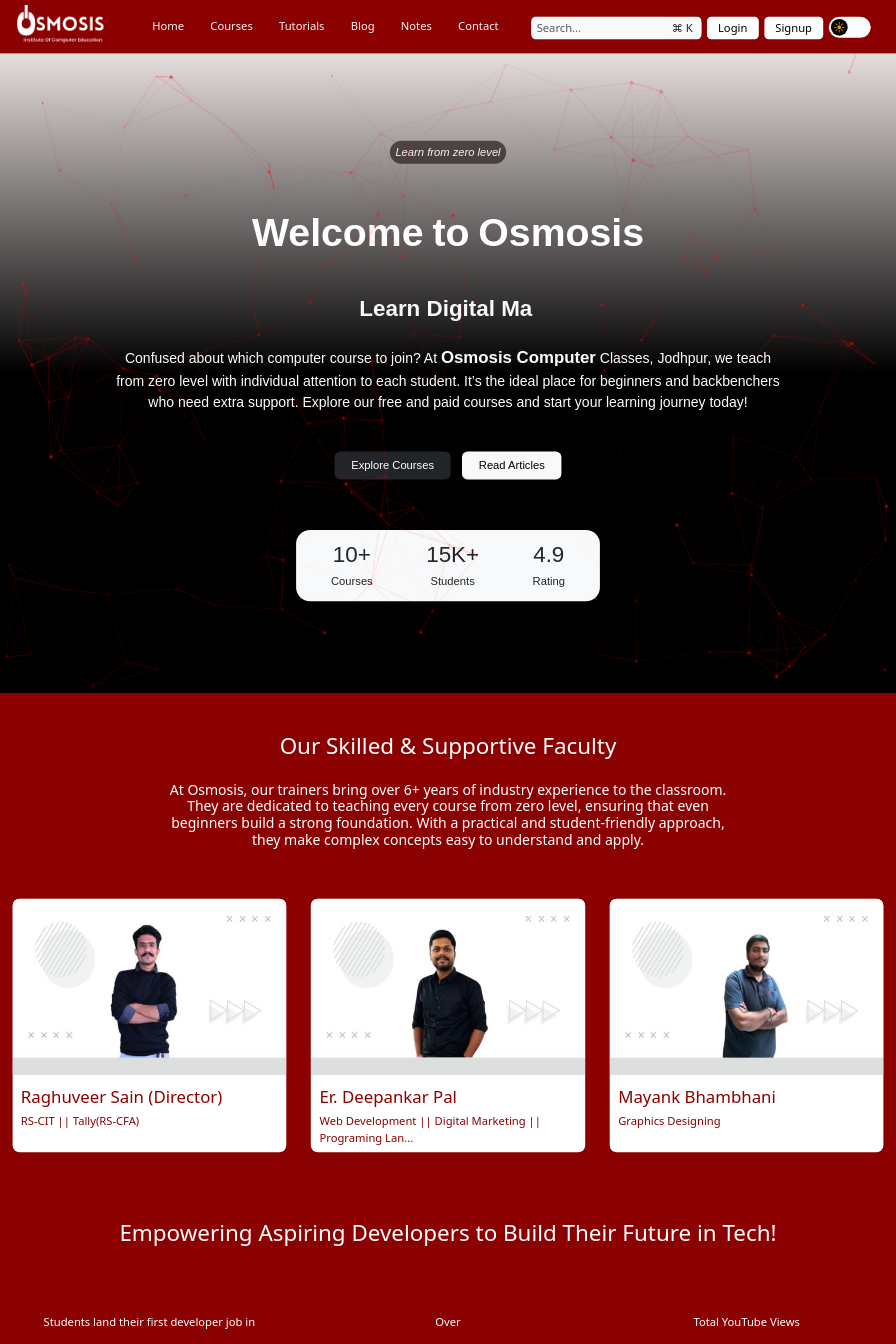
Repository: samriidhpandey/osmosis
Page: /
These files come from the project's save history. The page is drawn as it stood at one moment and after the next save; the edit follows.
The browser window is 1280 px wide. The pictures show the part of the page from y = 0 to 1920 px (the page is 4485 px tall before and 4483 px after), at 70% of full size.
The project was rebuilt for these pictures with package versions that can differ from the ones it lists, and the page was loaded fresh each time. Also part of the build but not shown: vite.config.js, src/Component2/Courses.jsx, src/component3/Tutorial.jsx, src/Component4/Contact.jsx, src/Component4/Login.jsx, src/Component4/Signup.jsx, src/Tutorial-html/Introduction/HTMLIntroduction.jsx, src/Tutorial-html/Homehtml.jsx and 96 more. Imported but missing from the stored project, and not drawn on this page: src/Images/final-app-on-mobile.mp4, src/Images/final-app-on-pc.mp4, src/Images/open-terminals.mp4, src/Images/python-location.mp4.

Above is the page before, as saved 2025-07-21 17:45:30.

### index.html
<!doctype html>
<html lang="en">
  <head>
    <meta charset="UTF-8" />
    <link rel="icon" type="image/png" href="./src/image/fe1.png" />
    <meta name="viewport" content="width=device-width, initial-scale=1.0" />
    <title>Osmosis Computer</title>
    <link href="https://cdn.jsdelivr.net/npm/bootstrap@5.0.2/dist/css/bootstrap.min.css" rel="stylesheet" integrity="sha384-EVSTQN3/azprG1Anm3QDgpJLIm9Nao0Yz1ztcQTwFspd3yD65VohhpuuCOmLASjC" crossorigin="anonymous">
    <link rel="stylesheet" href="https://cdnjs.cloudflare.com/ajax/libs/font-awesome/6.7.2/css/all.min.css" integrity="sha512-Evv84Mr4kqVGRNSgIGL/F/aIDqQb7xQ2vcrdIwxfjThSH8CSR7PBEakCr51Ck+w+/U6swU2Im1vVX0SVk9ABhg==" crossorigin="anonymous" referrerpolicy="no-referrer" />
    <link href="https://cdn.jsdelivr.net/npm/bootstrap@5.3.0/dist/css/bootstrap.min.css" rel="stylesheet" />
<link href="https://cdn.jsdelivr.net/npm/bootstrap-icons/font/bootstrap-icons.css" rel="stylesheet" />
<!-- <iframe src="https://my.spline.design/your-project-link" frameborder="0" width="100%" height="100%"></iframe> -->


  </head>
  <body>
    <div id="root"></div>
    <script type="module" src="/src/main.jsx"></script>
    <script src="https://cdn.jsdelivr.net/npm/bootstrap@5.0.2/dist/js/bootstrap.bundle.min.js" integrity="sha384-MrcW6ZMFYlzcLA8Nl+NtUVF0sA7MsXsP1UyJoMp4YLEuNSfAP+JcXn/tWtIaxVXM" crossorigin="anonymous"></script>
  </body>
</html>

### src/Hero.jsx
import React from 'react'
import Section2 from './Section2';
import Section3 from './Section3';
import Section4 from './Section4';
import Section5 from './Section5';

// import Hyperspeed from '../Reactbit/Hyperspeed'
import {  Link } from "react-router-dom"

// import Hyperspeed from '../Reactbit/Hyperspeed/Hyperspeed';

import RedHero from './RedHero';
// import SplineViewer from './SplineViewer';

function Hero({ isDark }) {

  return (
    <>
       <RedHero/>

      <div className="container-fluid">




        <Section2 isDark={isDark} />
        <Section3 isDark={isDark} />
        <Section4 isDark={isDark} />
        <Section5 isDark={isDark} />

      </div>
    </>
  )
}

export default Hero

### src/Section2.jsx
import React from 'react'
import { motion } from 'framer-motion'
import card1 from './image/sun2.jpg'
import card2 from './image/sub3.jpg'
import card3 from './image/sub1.jpg'

function Section2({ isDark }) {
  const Section2 = {
    backgroundColor: isDark ? '#0E121B' : 'darkred',
    color: isDark ? 'white' : 'white',
  }
  const cards = {
    backgroundColor: isDark ? '#27272A' : 'white',
    color: isDark ? 'white' : 'darkred',
  }

  const cardVariant = {
    hidden: { opacity: 0, y: 100 },
    visible: (i) => ({
      opacity: 1,
      y: 0,
      transition: {
        duration: 0.7,
        delay: i * 0.3,
        type: 'spring',
      },
    }),
  }

  const cardsData = [
    {
      image: card1,
      name: 'Raghuveer Sain (Director)',
      desc: 'RS-CIT || Tally(RS-CFA)',
    },
    {
      image: card2,
      name: 'Er. Deepankar Pal',
      desc: 'Web Development || Digital Marketing || Programing Lan...',
    },
    {
      image: card3,
      name: 'Mayank Bhambhani',
      desc: 'Graphics Designing',
    },
  ]

  return (
    <>
      <div className="container-fluid p-0 ">
        <div className="row">
          <div className="col-12 Section2 pt-2" style={Section2}>
            <h2 className='text-center mt-5 bolder'>Our Skilled & Supportive Faculty</h2>

            <div className="row">
              <div className="col-12 col-sm-11 col-md-10 col-lg-9 col-xl-8 col-xxl-7 m-auto">
                <h5 className='text-center mt-4'>
                  At Osmosis, our trainers bring over 6+ years of industry experience to the classroom.
                  They are dedicated to teaching every course from zero level, ensuring that even beginners
                  build a strong foundation. With a practical and student-friendly approach, they make
                  complex concepts easy to understand and apply.
                </h5>
              </div>
            </div>

            <div className="row mt-5 mb-5">
              {cardsData.map((card, index) => (
                <motion.div
                  key={index}
                  custom={index}
                  variants={cardVariant}
                  initial="hidden"
                  whileInView="visible"
                  viewport={{ once: true, amount: 0.3 }}
                  className="col-12 col-sm-12 col-md-6 col-lg-4 col-xl-4 col-xxl-4 mt-3"
                >
                  <div className="row">
                    <div className="col-10 col-sm-8 col-md-10 col-lg-11 col-xl-11 col-xxl-11 m-auto cards" style={cards}>
                      <div className="row">
                        <div className="col-12 p-0">
                          <img src={card.image} className='img-fluid cards-img' alt="" />
                        </div>
                        <div className="col-12" style={{ height: "110px" }}>
                          <h4 className='bolder mt-3'>{card.name}</h4>
                          <p>{card.desc}</p>
                        </div>
                      </div>
                    </div>
                  </div>
                </motion.div>
              ))}
            </div>

            <div className="row">
              <div className="col-12">
                <h2 className='text-center bolder mt-5 mb-5'>
                  Empowering Aspiring Developers to Build Their Future in Tech!
                </h2>
                <div className="row mt-4 mb-5">
                  <div className="col-12 col-sm-12 col-md-4 col-lg-4 col-xl-4 col-xxl-4 text-center mt-5">
                    <p>Students land their first developer job in</p>
                    <h1>6 months</h1>
                    <h5>on average</h5>
                  </div>
                  <div className="col-12 col-sm-12 col-md-4 col-lg-4 col-xl-4 col-xxl-4 text-center mt-5">
                    <p>Over</p>
                    <h1>15,000+</h1>
                    <h5>students trained</h5>
                  </div>
                  <div className="col-12 col-sm-12 col-md-4 col-lg-4 col-xl-4 col-xxl-4 text-center mt-5">
                    <p>Total YouTube Views</p>
                    <h1>500K+</h1>
                    <h5>views and counting</h5>
                  </div>
                </div>
              </div>
            </div>

          </div>
        </div>
      </div>
    </>
  )
}

export default Section2

### src/Section3.jsx
import React from 'react'
import icon1 from './image/com1.svg'
import icon2 from './image/com2.svg'
import icon3 from './image/com3.png'
import icon4 from './image/com4.png'
import icon5 from './image/com5.webp'
import icon6 from './image/com6.png'
import icon7 from './image/icon7.png'
import icon8 from './image/icon8.png'
import icon9 from './image/icon9.png'
import icon10 from './image/icon10.png'
import icon11 from './image/icon11.png'
import icon12 from './image/icon12.png'

function Section3({isDark}) {
   const section3 = {
    backgroundColor: isDark ? 'black' : '#FAFAFA',
    color: isDark ? 'white' : 'darkred',
  };
  return (
    <>
    <div className="container-fluid p-0">
      <div className="row section3 pb-3" style={section3}>
        <h2 className='mt-5 mb-4 text-center'>Helped students achieve their dream job at</h2>
        <div className="col-11 col-sm-11 col-md-10 col-lg-10 col-xl-9 col-xxl-10 mt-5 m-auto">
            <div className="row">
              <div className="col-6 col-sm-6 col-md-4 col-lg-4 col-xl-4 col-xxl-4">
                <div className="row p-1 ">
                  <div className="col-11 icon m-auto">
                    <img src={icon1} className='img-fluid m-2' style={{height:"70px"}} alt="" />
                  </div>
                </div>
              </div>

              <div className="col-6 col-sm-6 col-md-4 col-lg-4 col-xl-4 col-xxl-4">
                <div className="row p-1 ">
                  <div className="col-11 icon m-auto">
                    <img src={icon2} className='img-fluid m-2 ' style={{height:"70px"}} alt="" />
                  </div>
                </div>
              </div>

              <div className="col-6 col-sm-6 col-md-4 col-lg-4 col-xl-4 col-xxl-4">
                <div className="row p-1 ">
                  <div className="col-11 icon m-auto">
                    <img src={icon3} className='img-fluid  m-2' style={{height:"70px" }} alt="" />
                  </div>
                </div>
              </div>

              <div className="col-6 col-sm-6 col-md-4 col-lg-4 col-xl-4 col-xxl-4">
                <div className="row p-1 ">
                  <div className="col-11 icon m-auto">
                    <img src={icon4} className='img-fluid m-2' style={{height:"70px"}} alt="" />
                  </div>
                </div>
              </div>

              <div className="col-6 col-sm-6 col-md-4 col-lg-4 col-xl-4 col-xxl-4">
                <div className="row p-1 ">
                  <div className="col-11 icon m-auto">
                    <img src={icon5} className='img-fluid m-2' style={{height:"70px"}} alt="" />
                  </div>
                </div>
              </div>

              <div className="col-6 col-sm-6 col-md-4 col-lg-4 col-xl-4 col-xxl-4">
                <div className="row p-1 ">
                  <div className="col-11 icon m-auto ">
                    <img src={icon6} className='img-fluid m-2' style={{height:"70px"}} alt="" />
                  </div>
                </div>
              </div>







            </div>
        </div>


        <p className='text-center mt-5'>+ many more companies</p>
      </div>
    </div>
    </>
  )
}

export default Section3

### src/Section5.jsx
import React from 'react'
import { motion } from "framer-motion";
import InfiniteReviewScroll from './InfiniteReviewScroll';
import { Link } from 'react-router-dom';

function Section5({ isDark }) {
  const Section5 = {
    backgroundColor: isDark ? '#0E121B' : 'white',
    color: isDark ? 'white' : 'black',
  };
  const student = {
    backgroundColor: isDark ? '#27272A' : 'darkred',
    color: isDark ? 'white' : 'white',
  };
  const Section6 = {
    backgroundColor: isDark ? 'black' : 'darkred',
    color: isDark ? 'white' : 'white',
  };

  return (
    <>
      <div className="container-fluid p-0">
        <div className="row" style={Section5}>
          <div className="col-12 col-sm-12 col-md-12 col-lg-12 col-xl-11 col-xxl-10 m-auto pb-5">
            <h2 className='text-center fw-bolder mt-5'>Testimonials</h2>
            <div className="row mt-5">



            <InfiniteReviewScroll/>



            </div>
          </div>
        </div>

        <div className="row" style={Section6}>
          <div className="col-12 text-center pt-5 pb-5">
            <div className='m-auto d-flex' style={{ display: "flex", justifyContent: "center", gap: "1rem" }}>
  <h1 className='text-center' style={{ fontSize: "2rem", fontWeight: "bold" }}>
    Start Your Journey
  </h1>
  {/* <img
    src="https://media.giphy.com/media/qgQUggAC3Pfv687qPC/giphy.gif"
    alt="coding"
    style={{
      width: "60px",
      height: "60px",
      borderRadius: "8px",
      objectFit: "cover",
    }}
  /> */}
</div>

            <h5 className='mt-5'>Learn step-by-step with Jodhpur's most loved programming mentor.</h5>
           <Link to='Login'> <button className='btn-light mt-5 rounded ps-4 pt-2 pe-4 fs-5 pb-2 border-0'>Start Now</button></Link>
          </div>
        </div>
      </div>
    </>
  )
}

export default Section5

### src/RedHero.jsx
import React, { useEffect } from "react";
import { Link } from "react-router-dom";
import TypingText from './TypingText';
import { filter } from 'framer-motion/client';
import AnimatedName from './AnimatedName';

const RedHero = (isDark) => {
  const overlayStyle = {
      paddingTop: '10%',
      paddingBottom: '10%',
      background: isDark
        ? 'linear-gradient(rgba(235, 226, 226, 0.98), rgba(0,0,0,0.5), rgba(0,0,0,0.5))'
        : 'linear-gradient(rgba(245, 240, 240, 1), rgba(255,0,0,0.5), rgba(255,0,0,0.5))',

    };
  useEffect(() => {
    // Load particles.js script dynamically
    const script = document.createElement("script");
    script.src = "https://cdn.jsdelivr.net/npm/particles.js@2.0.0/particles.min.js";
    script.onload = () => {
      if (window.particlesJS) {
        window.particlesJS("particles-js", {
          particles: {
            number: {
              value: 100,
              density: {
                enable: true,
                value_area: 800,
              },
            },
            color: {
              value: "#ff0000",
            },
            shape: {
              type: "triangle",
            },
            opacity: {
              value: 0.5,
              random: true,
            },
            size: {
              value: 3,
              random: true,
            },
            line_linked: {
              enable: true,
              distance: 150,
              color: "#ff0000",
              opacity: 0.4,
              width: 1,
            },
            move: {
              enable: true,
              speed: 4,
              direction: "none",
              random: true,
              straight: false,
              out_mode: "out",
            },
          },
          interactivity: {
            detect_on: "canvas",
            events: {
              onhover: {
                enable: true,
                mode: "grab",
              },
              onclick: {
                enable: true,
                mode: "push",
              },
              resize: true,
            },
            modes: {
              grab: {
                distance: 140,
                line_linked: {
                  opacity: 1,
                },
              },
              push: {
                particles_nb: 4,
              },
            },
          },
          retina_detect: true,
        });
      }
    };
    document.body.appendChild(script);
  }, []);

  return (
    <div className="" style={styles.heroContainer}>
      <div id="particles-js" style={styles.particles}></div>
      <div className="row">
          <div className="col-12">

            <div className="row z-1">
              <div className="col-12 overlay m-auto aling-item-center " style={overlayStyle} >
                <div className="row align-items-center h-100  m-auto">
                  <div className="col-12 text-box text-center p-0">
                    <i className='text-learn  w-25 m-auto p-2'>Learn from zero level</i>

                    <AnimatedName/>


                    <h3 className='text-light mt-3'>
                      <TypingText />
                    </h3>

                    <div className="row">
                      <div className="col-12 col-sm-11 col-md-11 col-lg-10 col-xl-9 col-xxl-8 m-auto">
                        <p className='text-center m-auto text-white fs-5 mt-4'>Confused about which computer course to join?
                          At <span className='fw-bolder fs-4'> Osmosis Computer</span> Classes, Jodhpur, we teach from zero level with individual attention to each student.
                          It’s the ideal place for beginners and backbenchers who need extra support.
                          Explore our free and paid courses and start your learning journey today!

                        </p>
                      </div>
                    </div>


                    <p className='mt-5'>
                      <Link to='/Courses'><button className='btn-dark border-0 pt-2 ps-4 pe-4 pb-2 rounded-3 m-2'>Explore Courses</button></Link>{""}
                      <Link to='/Blog'><button className='btn-light border-0 pt-2 ps-4 pe-4 pb-2 rounded-3 m-2'>Read Articles</button></Link>{""}
                    </p>

                    <div className="row">
                      <div className="col-8 col-sm-6 col-md-5 col-lg-4 col-xl-4 col-xxl-3 num bg-light d-flex m-auto mt-5 pt-3">
                        <div className="num1 m-auto"><h2>10+</h2><p>Courses</p></div>
                        <div className="num1 m-auto"><h2>15K+</h2><p>Students</p></div>
                        <div className="num1 m-auto"><h2>4.9</h2><p>Rating</p></div>

                      </div>
                    </div>

                  </div>

                </div>

              </div>
            </div>
          </div>
        </div>
    </div>
  );
};

const styles = {
  heroContainer: {
    position: "relative",
    width: "100vw",
    // height: "100vh",
    overflow: "hidden",
    backgroundColor: "#000",
    // color: "white",
    fontFamily: "Arial, sans-serif",
  },
  particles: {
    position: "absolute",
    width: "100%",
    height: "100%",
    zIndex: 1,
  },
  content: {
    position: "relative",
    zIndex: 2,
    textAlign: "center",
    top: "50%",
    transform: "translateY(-50%)",
  },
  heading: {
    fontSize: "3rem",
    animation: "glow 1.5s infinite alternate",
  },
};

// Global keyframes
const glowStyle = document.createElement("style");
glowStyle.innerHTML = `
@keyframes glow {
  from {
    text-shadow: 0 0 10px red, 0 0 20px red;
  }
  to {
    text-shadow: 0 0 20px crimson, 0 0 30px crimson;
  }
}`;
document.head.appendChild(glowStyle);

export default RedHero;

### src/InfiniteReviewScroll.jsx
// ReviewSlider.jsx
import React from "react";

const reviews = [
  { name: "Rahul", message: "Great teaching!", rating: 5 },
  { name: "Anjali", message: "Very helpful course.", rating: 4 },
  { name: "Vikram", message: "Explained from zero level!", rating: 5 },
  { name: "Sneha", message: "Best institute ever!", rating: 5 },
  { name: "Amit", message: "Highly recommend.", rating: 4 },
];

const ReviewCard = ({ review }) => (
  <div
    style={{
      minWidth: "280px",
      padding: "1.2rem",
      backgroundColor: "#1A1A1A",
      color: "white",
      borderRadius: "12px",
      boxShadow: "0 4px 15px rgba(0,0,0,0.5)",
      flexShrink: 0,
      display: "flex",
      flexDirection: "column",
      justifyContent: "space-between",
      margin: "0 1rem",
    }}
  >
    <div style={{ marginBottom: "0.5rem" }}>
      {[...Array(5)].map((_, idx) => (
        <span
          key={idx}
          style={{
            color: idx < review.rating ? "#FFD700" : "#555",
            fontSize: "1.2rem",
          }}
        >
          ★
        </span>
      ))}
    </div>
    <p style={{ fontSize: "1rem", margin: "0 0 0.8rem 0" }}>“{review.message}”</p>
    <p
      style={{
        textAlign: "right",
        fontStyle: "italic",
        fontSize: "0.9rem",
        color: "#aaa",
        margin: 0,
      }}
    >
      - {review.name}
    </p>
  </div>
);

const ReviewSlider = () => {
  // Double the reviews so it can loop smoothly
  const repeated = [...reviews, ...reviews];

  return (
    <div
      style={{
        overflow: "hidden",
        width: "100%",
        padding: "1rem 0",
        background: "",
      }}
    >
      <div
        style={{
          display: "flex",
          animation: "scroll-left 20s linear infinite",
          width: "fit-content",
        }}
      >
        {repeated.map((review, idx) => (
          <ReviewCard key={idx} review={review} />
        ))}
      </div>

      {/* KEYFRAMES */}
      <style>{`
        @keyframes scroll-left {
          0% { transform: translateX(0); }
          100% { transform: translateX(-50%); }
        }

        @media (max-width: 768px) {
          @keyframes scroll-left {
            0% { transform: translateX(0); }
            100% { transform: translateX(-50%); }
          }
        }
      `}</style>
    </div>
  );
};

export default ReviewSlider;

### src/TypingText.jsx
// src/components/TypingText.jsx
import React, { useEffect, useState } from "react";
import "bootstrap/dist/css/bootstrap.min.css";

const TypingText = () => {
  const words = [
    "Web Development",
    "Digital Marketing",
    "Graphic Designing",
    "RSCIT",
    "Tally",
  ];

  const [currentWordIndex, setCurrentWordIndex] = useState(0);
  const [displayText, setDisplayText] = useState("");
  const [isDeleting, setIsDeleting] = useState(false);

  useEffect(() => {
    const currentWord = words[currentWordIndex];
    let typeSpeed = isDeleting ? 50 : 100;

    const timeout = setTimeout(() => {
      setDisplayText((prev) =>
        isDeleting
          ? currentWord.substring(0, prev.length - 1)
          : currentWord.substring(0, prev.length + 1)
      );

      // When word is fully typed
      if (!isDeleting && displayText === currentWord) {
        setTimeout(() => setIsDeleting(true), 1000); // wait before deleting
      }

      // When word is fully deleted
      if (isDeleting && displayText === "") {
        setIsDeleting(false);
        setCurrentWordIndex((prev) => (prev + 1) % words.length);
      }
    }, typeSpeed);

    return () => clearTimeout(timeout);
  }, [displayText, isDeleting, currentWordIndex]);

  return (
    <div className="container text-center mt-5">
      <h2 className="fw-bold">
        Learn <span>{displayText}</span>
        <span className="blinking-cursor">|</span>
      </h2>

      <style>{`
        .blinking-cursor {
          font-weight: 100;
          font-size: 24px;
          color: black;
          animation: blink 0.7s infinite;
        }
        @keyframes blink {
          0% { opacity: 1; }
          50% { opacity: 0; }
          100% { opacity: 1; }
        }
      `}</style>
    </div>
  );
};

export default TypingText;

### src/AnimatedName.jsx
import { motion } from 'framer-motion';

const container = {
  hidden: { opacity: 0 },
  visible: {
    opacity: 1,
    transition: {
      staggerChildren: 0.5,
    },
  },
};

const item = {
  hidden: { y: -50, opacity: 0 },
  visible: { y: 0, opacity: 1 },
};

function AnimatedName() {
  const words = ['Welcome', 'to', 'Osmosis'];

  return (
    <motion.div
      variants={container}
      initial="hidden"
      animate="visible"
      style={{
        display: 'flex',
        justifyContent: 'center',
        flexWrap: 'wrap', // For responsiveness
        gap: '0.8rem',
        marginTop: '60px',
        padding: '0 1rem',
        textAlign: 'center',
      }}
    >
      {words.map((word, index) => (
        <motion.span
          key={index}
          variants={item}
          style={{
            fontSize: 'clamp(2rem, 6vw, 3.5rem)', // responsive font size
            fontWeight: 'bold',
            color: 'white',
          }}
        >
          {word}
        </motion.span>
      ))}
    </motion.div>
  );
}

export default AnimatedName;

Loaded but not shown: src/main.jsx (common file); src/App.jsx (426 lines, source omitted); src/App.css (1048 lines, source omitted); src/Section4.jsx (155 lines, source omitted); src/Footer.jsx (217 lines, source omitted); src/index.css (no stored copy; drawn as an empty file)

After the next save:
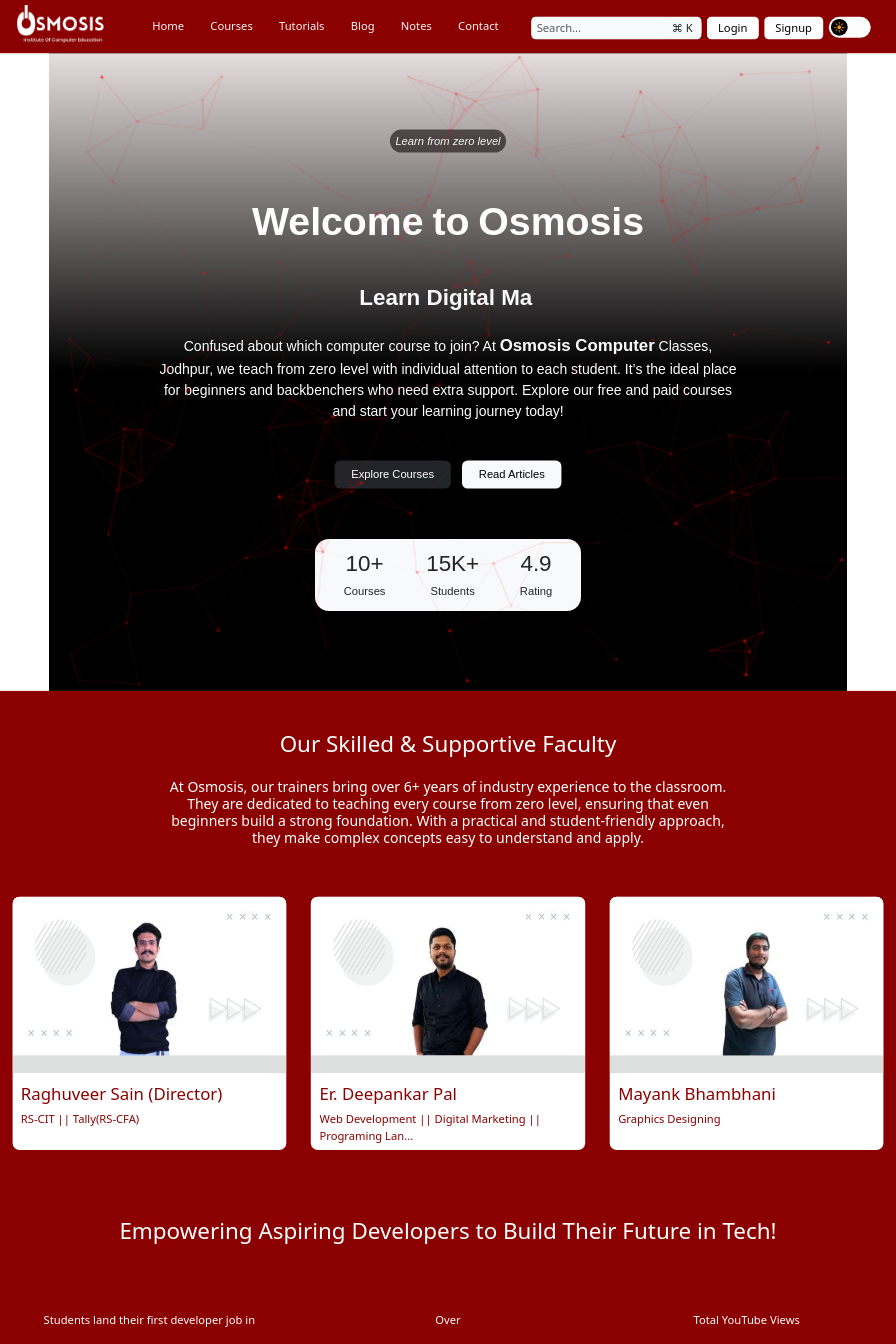
Saved 4 s later.
--- a/src/RedHero.jsx
+++ b/src/RedHero.jsx
@@ -91,7 +91,7 @@
   }, []);
 
   return (
-    <div className="" style={styles.heroContainer}>
+    <div className="container" style={styles.heroContainer}>
       <div id="particles-js" style={styles.particles}></div>
       <div className="row">
           <div className="col-12">
